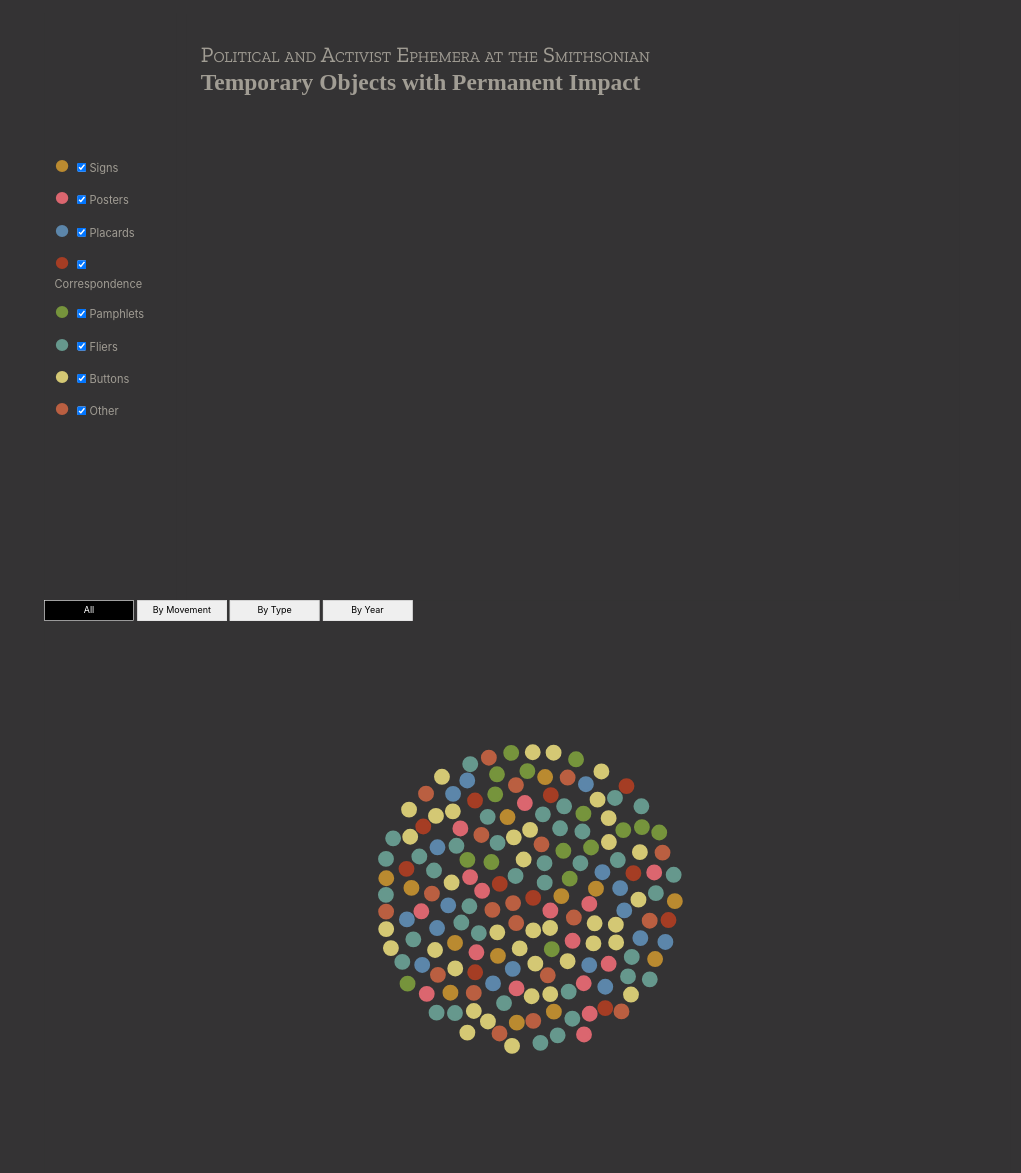
Repository: m0llyc00k/Major-studio-1
Page: Final/index.html
The author's editor kept a record of every edit. The page is drawn from the files as they stood at one moment, then again after the next edit.
The browser window is 1280 px wide. The page is 1479 px wide, so the pictures cover 1479 px, including what lies to the right of the window. The pictures show the whole page, at 69% of full size.
The page's requests for data from a server got no answer. Some web fonts or font styles are not loaded; a fallback is used.

Above is the page before.

After the next edit:
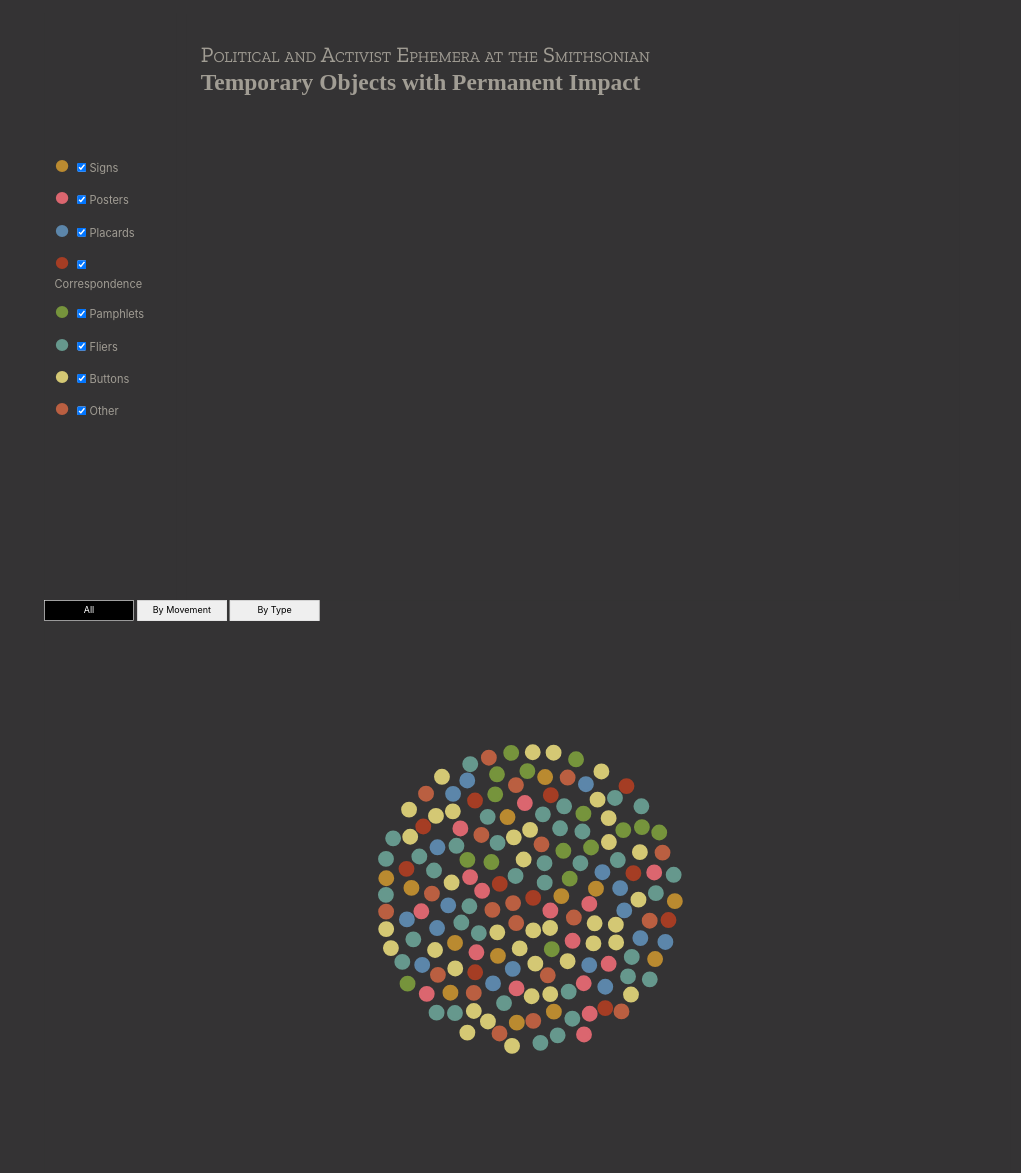
The edit:
--- a/Final/index.html
+++ b/Final/index.html
@@ -184,7 +184,7 @@
                     <button id="all" class="button active">All</button>
                     <button id="Movement" class="button">By Movement</button>
                     <button id="typeSort" class="button">By Type</button>
-                    <button id="dateSort" class="button">By Year</button>
+                    <!--<button id="dateSort" class="button">By Year</button>-->
                 </div>
             </div>
             <div class="row">
